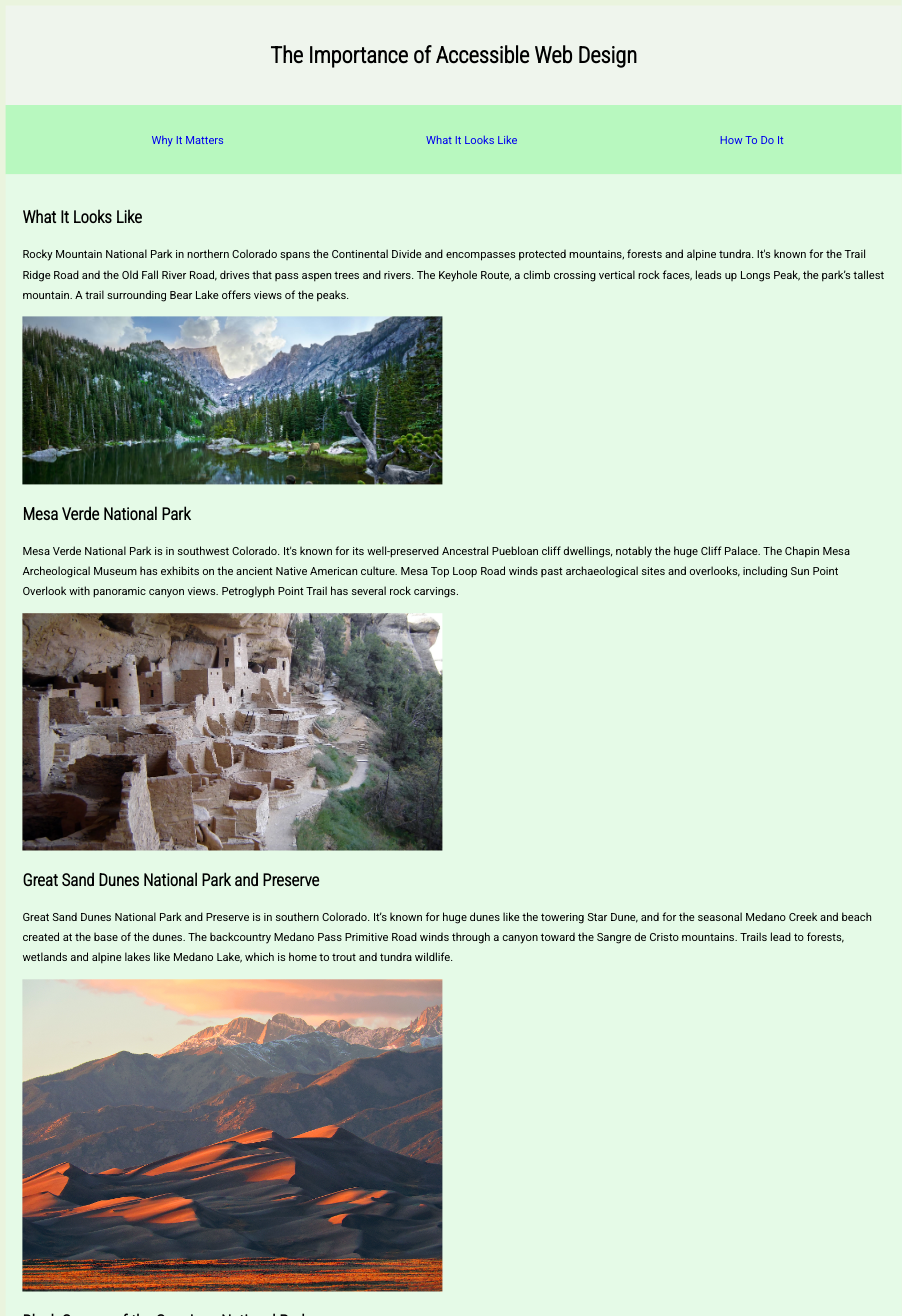
Repository: ethan-schrauf/UniversalDesignWebsite
Page: Final-Project/how.html
These files come from the project's save history. The page is drawn as it stood at one moment and after the next save; the edit follows.
The browser window is 1280 px wide. The page is 1288 px wide, so the pictures cover 1288 px, including what lies to the right of the window. The pictures show the part of the page from y = 0 to 1880 px (the page is 3869 px tall before and 3865 px after), at 70% of full size.

Above is the page before, as saved 2023-11-24 17:24:45.

After the next save:
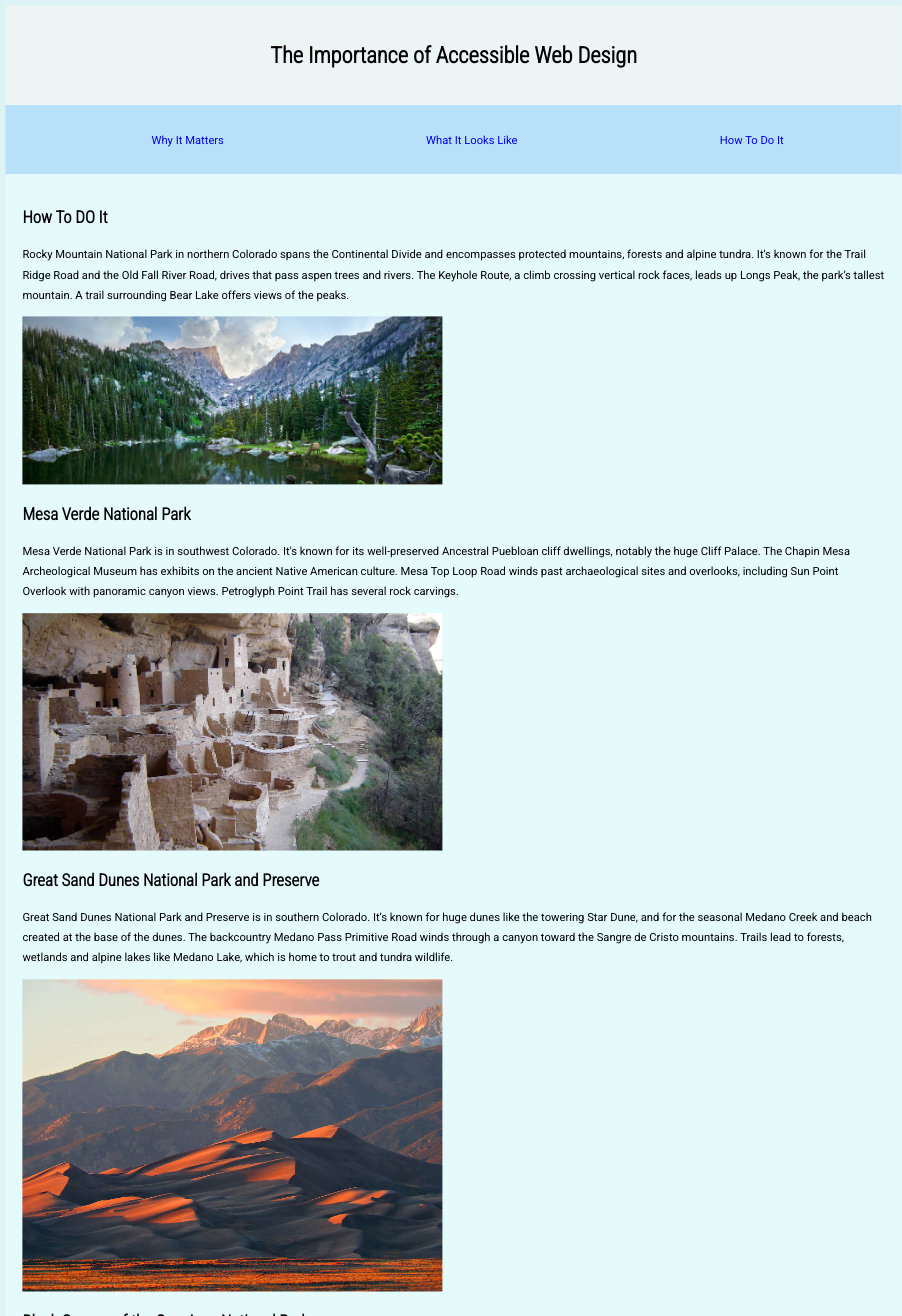
Saved 52 s later.
--- a/Final-Project/how.html
+++ b/Final-Project/how.html
@@ -7,7 +7,7 @@
   <meta name="viewport" content="width=device-width, initial-scale=1.0">
   <meta http-equiv="X-UA-Compatible" content="ie=edge">
   <title>Why Accessibility Matters</title>
-  <link href="why.css" rel="stylesheet">
+  <link href="how.css" rel="stylesheet">
 </head>
 <body>
 <div class="container">
@@ -24,7 +24,7 @@
   </nav>
   <main>
     <section>
-      <h2 id="What It Looks Like">What It Looks Like</h2>
+      <h2 id="How To Do It">How To DO It</h2>
       <p>Rocky Mountain National Park in northern Colorado spans the Continental Divide and encompasses protected mountains, forests and alpine tundra. It's known for the Trail Ridge Road and the Old Fall River Road, drives that pass aspen trees and rivers. The Keyhole Route, a climb crossing vertical rock faces, leads up Longs Peak, the park’s tallest mountain. A trail surrounding Bear Lake offers views of the peaks.</p>
       <img src="images/rocky-mountain.jpeg" alt="Rocky Mountain National Park view from a lake with a large mountain behind it"  style="width: 600px; height: auto;">
       <h2>Mesa Verde National Park</h2>
